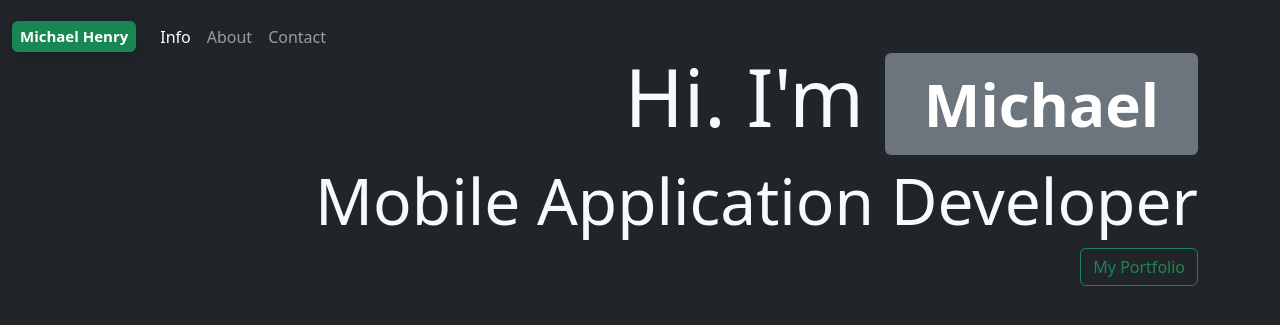
Repository: kenyi-mic/Portfolio_bootstrap
Page: index.html
These files come from the project's save history. The page is drawn as it stood at one moment and after the next save; the edit follows.
The browser window is 1280 px wide. The pictures show the whole page.

Above is the page before, as saved 2022-11-25 14:03:11.

### index.html
<!DOCTYPE html>
<html lang="en">

<head>
    <meta charset="UTF-8">
    <meta http-equiv="X-UA-Compatible" content="IE=edge">
    <meta name="viewport" content="width=device-width, initial-scale=1.0">
    <!---Bootstrap icon cdn-->
    <link rel="stylesheet" href="https://cdn.jsdelivr.net/npm/bootstrap-icons@1.10.2/font/bootstrap-icons.css">
    <link rel="stylesheet" href="style.css">
    <title>Michael Kenyi</title>
    <!---Bootstrap css-->
    <link href="https://cdn.jsdelivr.net/npm/bootstrap@5.2.3/dist/css/bootstrap.min.css" rel="stylesheet"
        integrity="sha384-rbsA2VBKQhggwzxH7pPCaAqO46MgnOM80zW1RWuH61DGLwZJEdK2Kadq2F9CUG65" crossorigin="anonymous">
</head>

<body class="v-100 bg-dark text-light">
    <!---Navigation--->
    <nav class="navbar navbar-expand-md navbar-dark fixed-top">
        <div class="container-fluid">
            <a href="" class="navbar-brand"><span class="badge bg-success p-2 my-2 shadow">Michael
                    Henry</span></a>
            <button class="navbar-toggler" type="button" data-bs-toggle="collapse" data-bs-target="#navbarMain">
                <span class="navbar-toggler-icon"></span></button>
            <div class="collapse navbar-collapse" id="navbarMain">
                <ul class="navbar-nav me-auto mb-2 mb-lg-0" style="z-index:10">
                    <li class="nav-item"><a href="" data-bs-toggle="collapse" data-bs-target=".multi-collapse"
                            aria-expanded="false" aria-control="about contact" class="nav-link active">Info</a></li>
                    <li class="nav-item"><a href="#about" role="button" data-bs-toggle="collapse" aria-expanded="false"
                            aria-control="about" class="nav-link">About</a></li>
                    <li class="nav-item"><a role="button" data-bs-toggle="collapse" aria-expanded="false"
                            aria-control="contact" href="#contact" class="nav-link">Contact</a></li>
                </ul>
            </div>
        </div>
    </nav>
    <!---Header---->
    <header class="container fixed-top text-end mt-5">
        <h1 class="display-1">
            Hi. I'm <span class="badge bg-secondary">Michael</span>
        </h1>
        <h2 class="display-3">Mobile Application Developer</h2>
        <!--HEADER > portfolio & email group-->
        <div class="btn-group">
            <!--Profile btn-->
            <button class="btn btn-outline-success" type="button" data-bs-toggle="offcanvas"
                data-bs-target="#portfolio">My Portfolio</button>
        </div>
    </header>



    <!---Bootstrap javascript-->
    <script src="https://cdn.jsdelivr.net/npm/bootstrap@5.2.3/dist/js/bootstrap.bundle.min.js"
        integrity="sha384-kenU1KFdBIe4zVF0s0G1M5b4hcpxyD9F7jL+jjXkk+Q2h455rYXK/7HAuoJl+0I4"
        crossorigin="anonymous"></script>
</body>

</html>

### style.css

body{

    background-image:url('https://images.unsplash.com/photo-1555952517-2e8e729e0b44?ixlib=rb-4.0.3&ixid=MnwxMjA3fDB8MHxzZWFyY2h8MzN8fHBlcnNvbnxlbnwwfHwwfHw%3D&auto=format&fit=crop&w=500&q=60')!;
    background-repeat:no-repeat;
    background-size:contain;
    background-position:center;
}

After the next save:
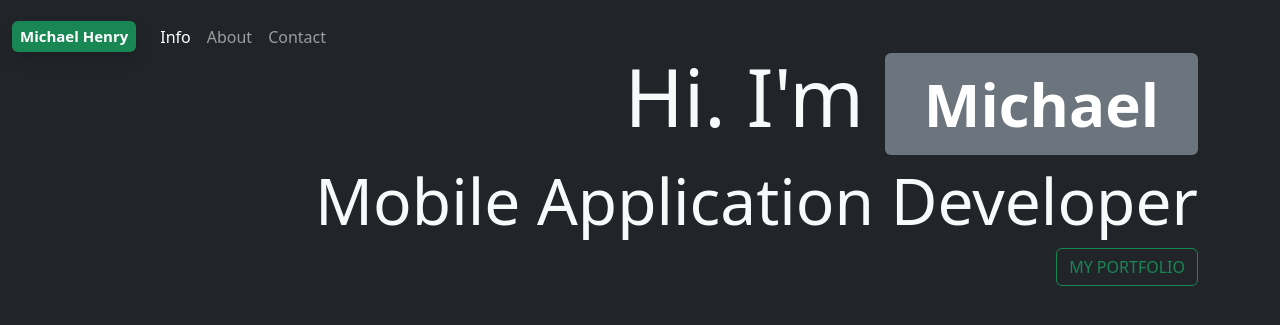
Saved 24 s later.
--- a/index.html
+++ b/index.html
@@ -43,7 +43,7 @@
         <!--HEADER > portfolio & email group-->
         <div class="btn-group">
             <!--Profile btn-->
-            <button class="btn btn-outline-success" type="button" data-bs-toggle="offcanvas"
+            <button class="btn btn-outline-success text-uppercase" type="button" data-bs-toggle="offcanvas"
                 data-bs-target="#portfolio">My Portfolio</button>
         </div>
     </header>
